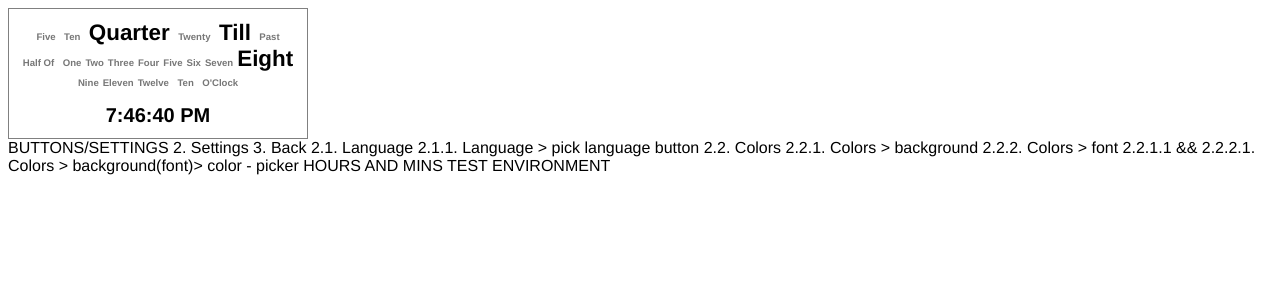
Repository: Skaidrius/WordClock
Page: index.html
The author's editor kept a record of every edit. The page is drawn from the files as they stood at one moment, then again after the next edit.
The browser window is 1280 px wide. The pictures show the whole page.
Some web libraries are served in a nearby version.

Above is the page before.

After the next edit:
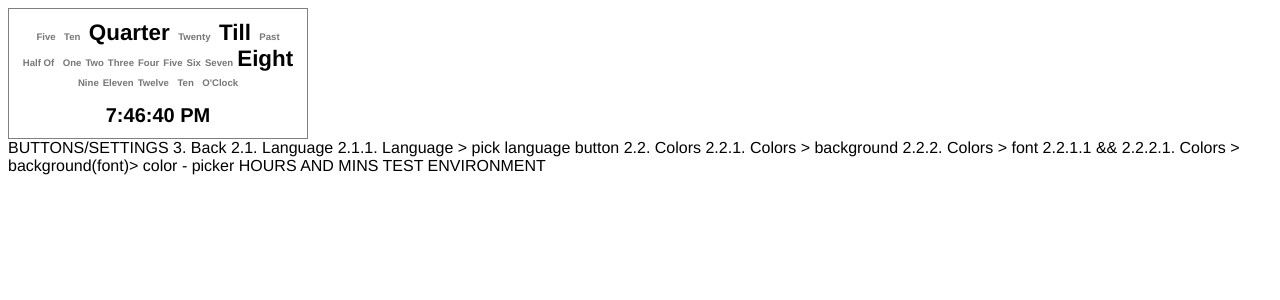
The edit:
--- a/index.html
+++ b/index.html
@@ -50,7 +50,7 @@
             <span ng-show="en" ng-click="timeEn.changeClass(); change=!change">Max/Min</span>
         </button>
 
-        2. Settings
+        <!--2. Settings-->
         <button ng-show="change" ng-init="en=true" ng-click="sets=!sets; color=false; lang=false; picker=false">
             <span ng-show="lt">Nustatymai</span>
             <span ng-show="en">Settings</span>
